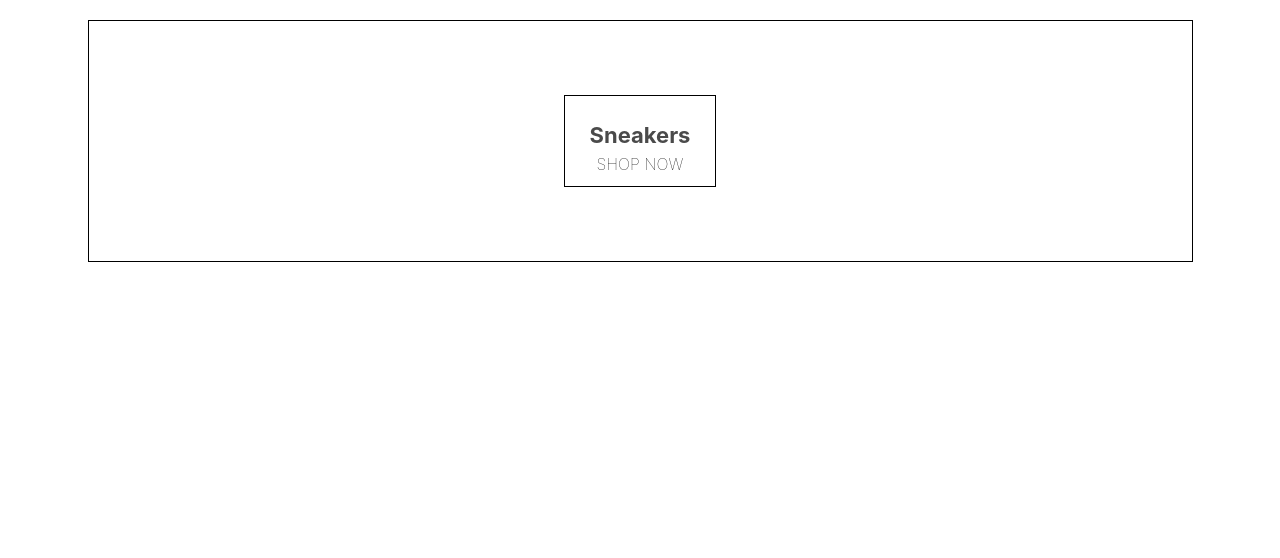
Repository: MikeTroianello/commerce-store
Page: /
An editor plug-in stored every save of this project. The page is shown before and after the next save, followed by the edit.
The browser window is 1280 px wide. The pictures show the whole page.
The project was rebuilt for these pictures with package versions that can differ from the ones it lists, and the page was loaded fresh each time. Also part of the build but not shown: src/App.css.

Above is the page before, as saved 2019-09-09 23:04:19.

After the next save:
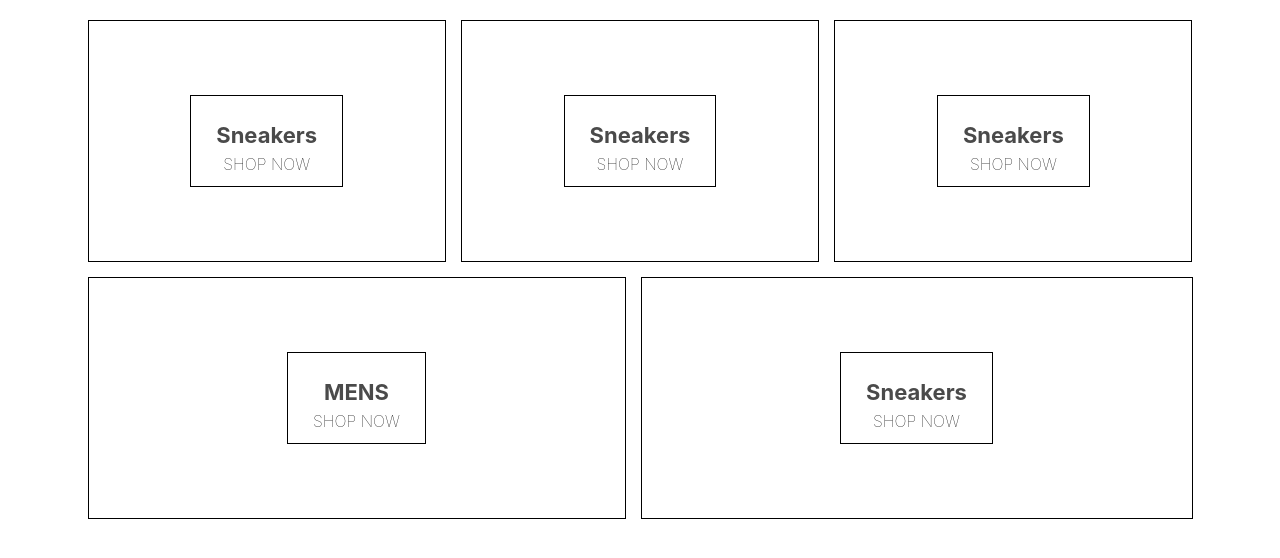
Saved 83 s later.
--- a/src/pages/homepage/homepage.component.jsx
+++ b/src/pages/homepage/homepage.component.jsx
@@ -7,6 +7,10 @@ export default function Homepage() {
     <div className='homepage'>
       <div className='directory-menu'>
         <MenuItem title='Sneakers' />
+        <MenuItem title='Sneakers' />
+        <MenuItem title='Sneakers' />
+        <MenuItem title='MENS' />
+        <MenuItem title='Sneakers' />
       </div>
     </div>
   );
